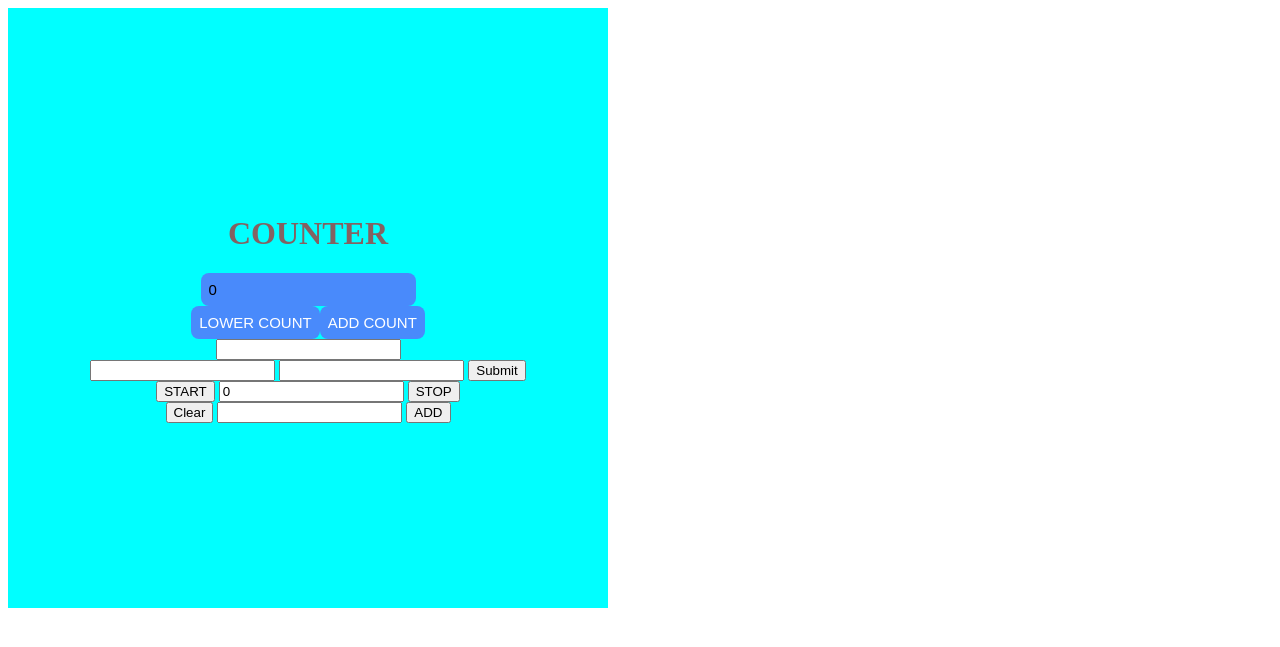
Repository: sedashahnazaryan/Caunter
Page: index.html
These files come from the project's save history. The page is drawn as it stood at one moment and after the next save; the edit follows.
The browser window is 1280 px wide. The pictures show the whole page.

Above is the page before, as saved 2022-02-15 01:27:31.

After the next save:
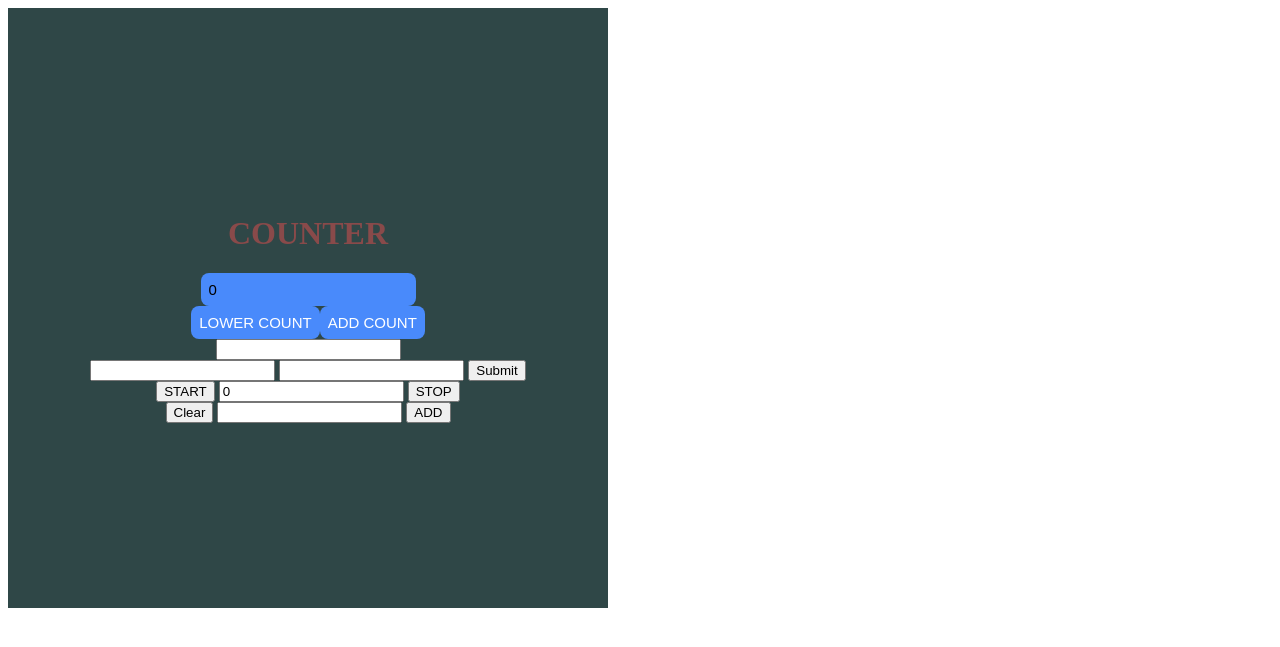
Saved 16 s later.
--- a/index.css
+++ b/index.css
@@ -8,7 +8,7 @@
   width: 600px;
   justify-content: center;
   align-items: center;
-  background-color: aqua;
+  background-color: rgb(47, 71, 71);
   flex-direction: column;
 }
 
